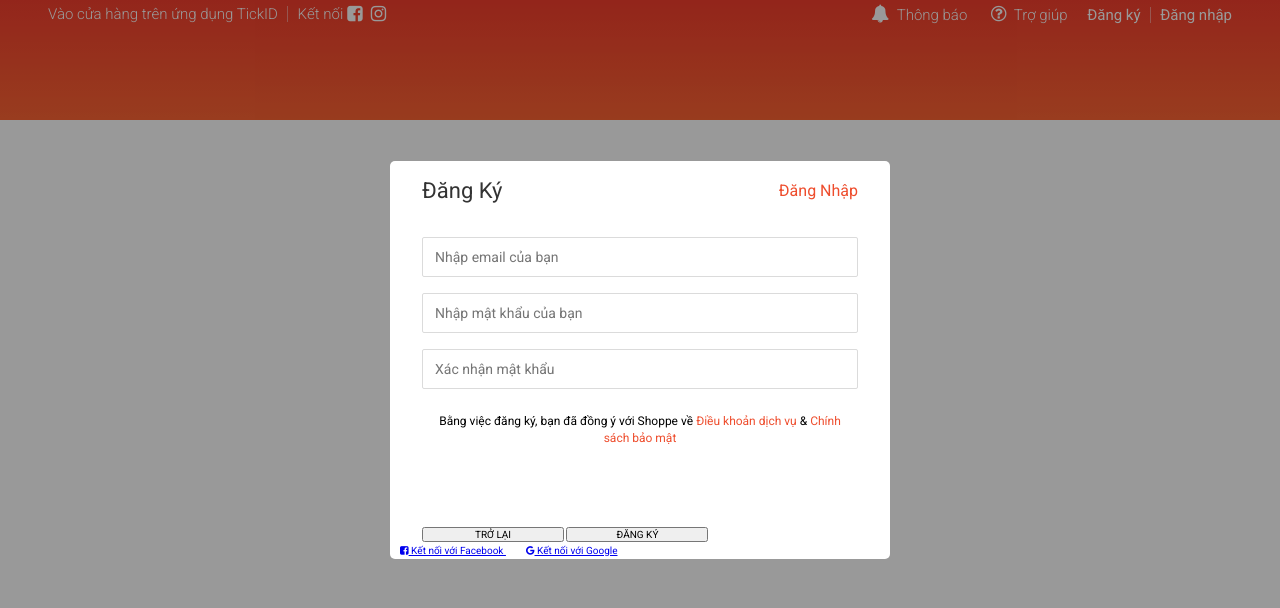
Repository: huydev0401/F8-Shop
Page: index.html
These files come from the project's save history. The page is drawn as it stood at one moment and after the next save; the edit follows.
The browser window is 1280 px wide. The pictures show the whole page.

Above is the page before, as saved 2021-08-12 16:19:23.

### index.html
<!DOCTYPE html>
<html lang="en">
<head>
    <meta charset="UTF-8">
    <meta http-equiv="X-UA-Compatible" content="IE=edge">
    <meta name="viewport" content="width=device-width, initial-scale=1.0">
    <title>Document</title>
    <link rel="stylesheet" href="https://cdnjs.cloudflare.com/ajax/libs/font-awesome/4.7.0/css/font-awesome.css">
    <link rel="preconnect" href="https://fonts.googleapis.com">
    <link rel="preconnect" href="https://fonts.gstatic.com" crossorigin>
    <link href="https://fonts.googleapis.com/css2?family=Roboto:wght@300;400;700&display=swap" rel="stylesheet">
    <link rel="stylesheet" href="https://cdnjs.cloudflare.com/ajax/libs/normalize/8.0.1/normalize.min.css">
    <link rel="stylesheet" href="./assets/css/base.css">
    <link rel="stylesheet" href="./assets/css/main.css">
</head>
<body>
    <header class="header">
        <nav class="navbar grid">
            <ul class="navbar__list">
                <li class="navbar__item navbar__item--has-qr navbar__item--separate">
                    Vào cửa hàng trên ứng dụng TickID
                    <div class="header-qr">
                        <img src="./assets/img/qr_code.png" alt="QR Code" class="header-qr__img">
                        <div class="header-qr__apps">
                            <a href="#" class="header-qr__link">
                                <img class="header-qr__app" src="./assets/img/google_play.png" alt="google play">
                            </a>
                            <a href="#" class="header-qr__link">
                                <img class="header-qr__app" src="./assets/img/app_store.png" alt="app store">
                            </a>
                            <a href="#" class="header-qr__link">
                                <img class="header-qr__app" src="./assets/img/app_gallery.png" alt="app gallery">
                            </a>
                        </div>
                    </div>
                </li>
                <li class="navbar__item">
                    <span class="text-white cursor-text">Kết nối</span>
                    <a class="navbar-icon__link" href="#">
                        <i class="navbar__icon fa fa-facebook-square"></i>
                    </a>
                    <a class="navbar-icon__link" href="#">
                        <i class="navbar__icon fa fa-instagram"></i>
                    </a>
                </li>
            </ul>
            <ul class="navbar__list">
                <li class="navbar__item navbar__item--has-noti">
                    <a href="#" class="navbar__link">
                        <i class="navbar__icon fa fa-bell"></i>
                        Thông báo
                    </a>
                    <div class="header__noti">
                        <div class="noti__heading">
                            <h3>Thông báo mới nhận</h3>
                        </div>
                        <ul class="noti__list">
                            <li class="noti__item">
                                <a href="#" class="noti__link">
                                    <img src="https://images.unsplash.com/photo-1484399172022-72a90b12e3c1?ixid=MnwxMjA3fDB8MHxwaG90by1wYWdlfHx8fGVufDB8fHx8&ixlib=rb-1.2.1&auto=format&fit=crop&w=1050&q=80" alt="" class="noti__image">
                                    <div class="noti__info">
                                        <span class="noti__name">Xác thực chính hãng nguồn gốc các sản phẩm Ohui</span>
                                        <span class="noti__desc">Xác thực chính hãng nguồn gốc các sản phẩm Ohui</span>
                                    </div>
                                </a>
                            </li>
                            <li class="noti__item noti__item--unread">
                                <a href="#" class="noti__link">
                                    <img src="https://images.unsplash.com/photo-1484399172022-72a90b12e3c1?ixid=MnwxMjA3fDB8MHxwaG90by1wYWdlfHx8fGVufDB8fHx8&ixlib=rb-1.2.1&auto=format&fit=crop&w=1050&q=80" alt="" class="noti__image">
                                    <div class="noti__info">
                                        <span class="noti__name">Xác thực chính hãng nguồn gốc các sản phẩm Ohui</span>
                                        <span class="noti__desc">Xác thực chính hãng nguồn gốc các sản phẩm Ohui</span>
                                    </div>
                                </a>
                            </li>
                            <li class="noti__item noti__item--unread">
                                <a href="#" class="noti__link">
                                    <img src="https://images.unsplash.com/photo-1484399172022-72a90b12e3c1?ixid=MnwxMjA3fDB8MHxwaG90by1wYWdlfHx8fGVufDB8fHx8&ixlib=rb-1.2.1&auto=format&fit=crop&w=1050&q=80" alt="" class="noti__image">
                                    <div class="noti__info">
                                        <span class="noti__name">Xác thực chính hãng nguồn gốc các sản phẩm Ohui</span>
                                        <span class="noti__desc">Xác thực chính hãng nguồn gốc các sản phẩm Ohui</span>
                                    </div>
                                </a>
                            </li>
                            <li class="noti__item noti__item--unread">
                                <a href="#" class="noti__link">
                                    <img src="https://images.unsplash.com/photo-1484399172022-72a90b12e3c1?ixid=MnwxMjA3fDB8MHxwaG90by1wYWdlfHx8fGVufDB8fHx8&ixlib=rb-1.2.1&auto=format&fit=crop&w=1050&q=80" alt="" class="noti__image">
                                    <div class="noti__info">
                                        <span class="noti__name">Xác thực chính hãng nguồn gốc các sản phẩm Ohui</span>
                                        <span class="noti__desc">Xác thực chính hãng nguồn gốc các sản phẩm Ohui</span>
                                    </div>
                                </a>
                            </li>
                        </ul>
                        <div class="noti__footer">
                            <a href="#" class="noti__btn">Xem tất cả</a>
                        </div>
                    </div>
                </li>
                <li class="navbar__item">
                    <a href="#" class="navbar__link">
                        <i class="navbar__icon fa fa-question-circle-o"></i>
                        Trợ giúp
                    </a>
                </li>
                <li class="navbar__item navbar__item--bold navbar__item--separate">Đăng ký</li>
                <li class="navbar__item navbar__item--bold">Đăng nhập</li>
            </ul>
        </nav>
    </header>
    <main class="wrapper">

    </main>
    <footer class="footer">

    </footer>

    <!-- Modal -->
    <div class="modal">
        <div class="modal__overlay"></div>
        <div class="modal__content">
            <!-- authe form -->
            <div class="auth-form">
                <div class="auth-form__container">
                    <div class="authe-form__header">
                        <h3 class="authe-form__heading">Đăng Ký</h3>
                        <span class="authe-form__switch-btn">Đăng Nhập</span>
                    </div>
                    <div class="authe-form__form">
                        <div class="authe-form__group">
                            <input type="text" class="authe-form__input" placeholder="Nhập email của bạn">
                        </div>
                        <div class="authe-form__group">
                            <input type="password" class="authe-form__input" placeholder="Nhập mật khẩu của bạn">
                        </div>
                        <div class="authe-form__group">
                            <input type="password" class="authe-form__input" placeholder="Xác nhận mật khẩu">
                        </div>
                    </div>
                    <div class="authe-form__aside">
                        <p class="authe-form__text-text">
                            Bằng việc đăng ký, bạn đã đồng ý với Shoppe về
                            <a href="#" class="authe-form__text-link">Điều khoản dịch vụ</a> &
                            <a href="#" class="authe-form__text-link">Chính sách bảo mật</a>
                        </p>
                    </div>
                    <div class="authe-form__controls">
                        <button class="btn">TRỞ LẠI</button>
                        <button class="btn btn--primary">ĐĂNG KÝ</button>
                    </div>
                </div>
                <div class="authe-form__socials">
                    <a href="#" class="btn btn--with-icon">
                        <i class="fa fa-facebook-square"></i>
                        Kết nối với Facebook
                    </a>
                    <a href="#" class="btn btn--with-icon">
                        <i class="fa  fa-google"></i>
                        Kết nối với Google
                    </a>
                </div>
            </div>
        </div>
    </div>
</body>
</html>

### assets/css/base.css
:root {
    --white_color: #fff;
    --black_color: #000;
    --text_color: #333;
    --primary_color: #ee4d2d;
    --border_color: #dbdbdb;
}

* {
    box-sizing: inherit;
}

html {
    font-size: 62.5%;
    line-height: 1.6rem;
    box-sizing: border-box;
    font-family: 'Roboto', sans-serif;
}

.grid {
    width: 1200px;
    max-width: 100%;
    margin: 0 auto;
}

.grid__full-width {
    width: 100%;
}

.grid__row {
    display: flex;
    flex-wrap: wrap;
}

.text-white {
    color: #fff;
}

.cursor-text {
    cursor: text;
}

/* Modal */
.modal {
    display: flex;
    position: fixed;
    top: 0;
    right: 0;
    bottom: 0;
    left: 0;
}

.modal__overlay {
    position: absolute;
    top: 0;
    left: 0;
    width: 100%;
    height: 100%;
    background-color: rgba(0, 0, 0, .4);
}

.modal__content {
    margin: auto;
    border-radius: 5px;
    background-color: var(--white_color);
    position: relative;
    z-index: 1;
}

/* button style */
.btn {
    min-width: 142px;
    padding: 0 10px;
}

### assets/css/main.css
.header {
    height: 120px;
    background-image: linear-gradient(to bottom, #f53e2d, #fe6433 );
}

.navbar {
    display: flex;
    justify-content: space-between;
}

.navbar__list {
    list-style: none;
    padding-left: 0;
    font-size: 1.5rem;
    font-weight: 300;
    margin-top: 5px;
}

.navbar__item {
    display: inline-block;
    margin: 0 8px;
    color: var(--white_color);
    position: relative;
    transition: all .2s linear;
    min-height: 18px;
}

.navbar__item--has-noti:hover .header__noti {
    display: block;
}

.navbar__item--has-qr:hover .header-qr {
    display: block;
}

.navbar__item--separate::after {
    content: " ";
    border-right: 1px solid #fb9086;
    height: 16px;
    position: absolute;
    top: 50%;
    right: -10px;
    transform: translateY(-50%);
}

.navbar__item--bold {
    font-weight: 400;
}

.navbar__link {
    color: var(--white_color);
    text-decoration: none;
    transition: all .2s linear;
}

.navbar__item:hover,
.navbar__link:hover,
.navbar-icon__link:hover {
    color: rgba(255, 255, 255, .7);
    cursor: pointer;
}

.navbar__item,
.navbar-icon__link {
    display: inline-flex;
    align-items: center;
}

.navbar-icon__link {
    color: var(--white_color);
    text-decoration: none;
}

.navbar__icon {
    font-size: 18px;
    margin: 0 4px;
}

.header-qr {
    background-color: var(--white_color);
    width: 180px;
    position: absolute;
    top: 140%;
    left: 0;
    padding: 8px;
    border-radius: 2px;
    display: none;
    animation: fadeIn linear .3s;
    will-change: opacity;
}

@keyframes fadeIn {
    from {
        opacity: 0;
    }
    to {
        opacity: 1;
    }
}

.header-qr::before {
    content: "";
    position: absolute;
    top: -18px;
    left: 0;
    width: 100%;
    height: 20px;
    display: block;
}

.header-qr__img {
    width: 100%;
}

.header-qr__apps {
    display: flex;
    justify-content: space-between;
    flex-wrap: wrap;
}

.header-qr__link {
    width: calc(50% - 10px);
    margin: 5px 0 5px 10px;
}

.header-qr__app {
    height: 15px;
}

.header__noti {
    position: absolute;
    top: 140%;
    right: 0;
    width: 404px;
    background-color: var(--white_color);
    border: 1px solid #d3d3d3;
    cursor: default;
    transform-origin: calc(100% - 20px) top;
    animation: headerNotiGrowth ease-in .2s;
    will-change: opacity, transform;
    display: none;
}

@keyframes headerNotiGrowth {
    from {
        opacity: 0;
        transform: scale(0);
    }
    to {
        opacity: 1;
        transform: scale(1);
    }
}

.header__noti::before {
    content: "";
    position: absolute;
    top: -23px;
    right: 3px;
    border-width: 16px 30px;
    border-style: solid;
    border-color: transparent transparent var(--white_color) transparent;
}

.header__noti::after {
    content: "";
    position: absolute;
    top: -18px;
    right: 0;
    width: 110px;
    height: 20px;
    display: block;
}

.noti__heading {
    height: 40px;
    background-color: var(--white_color);
}

.noti__heading h3 {
    color: #999;
    margin: 0;
    font-weight: 400;
    font-size: 1.4rem;
    text-transform: capitalize;
    line-height: 40px;
    margin-left: 12px;
    user-select: none;
}

.noti__list {
    padding-left: 0;
}

.noti__item {
    transition: all .2s linear;
}

.noti__item:hover {
    background-color: #f7f7f7;
}

.noti__item--unread {
    background-color: rgba(238, 75, 43, 0.09);
}

.noti__link {
    display: flex;
    padding: 12px;
    text-decoration: none;
}

.noti__image {
    width: 48px;
    object-fit: contain;
}

.noti__info {
    margin-left: 12px;
}

.noti__name {
    display: block;
    font-size: 1.4rem;
    color: var(--black_color);
    font-weight: 400;
    margin-bottom: 5px;
}

.noti__desc {
    display: block;
    font-size: 1.2rem;
    color: #756f6e;
}

.noti__footer {
    text-align: center;
}

.noti__btn {
    text-decoration: none;
    color: var(--text_color);
    padding: 10px 0;
    width: 100%;
    font-size: 1.4rem;
    font-weight: 400;
    display: block;
}

/* Authe form */
.auth-form {
    max-width: 500px;
}

.auth-form__container {
    padding: 0 32px;
}

.authe-form__header {
    display: flex;
    align-items: center;
    justify-content: space-between;
}

.authe-form__heading {
    font-size: 2.2rem;
    font-weight: 400;
    color: var(--text_color);
}

.authe-form__switch-btn {
    font-size: 1.6rem;
    font-weight: 400;
    color: var(--primary_color);
}

.authe-form__input {
    width: 100%;
    height: 40px;
    margin-top: 16px;
    border-radius: 2px;
    border: 1px solid var(--border_color);
    padding: 0 12px;
    font-size: 1.4rem;
    outline: none;
}

.authe-form__input:focus {
    border-color: #888;
}

.authe-form__aside {
    margin-top: 24px;
}

.authe-form__text-text {
    font-size: 1.2rem;
    text-align: center;
    line-height: 1.4;
    padding: 0 12px;
}

.authe-form__text-link {
    color: var(--primary_color);
    text-decoration: none;
}

.authe-form__controls {
    margin-top: 80px;
}

After the next save:
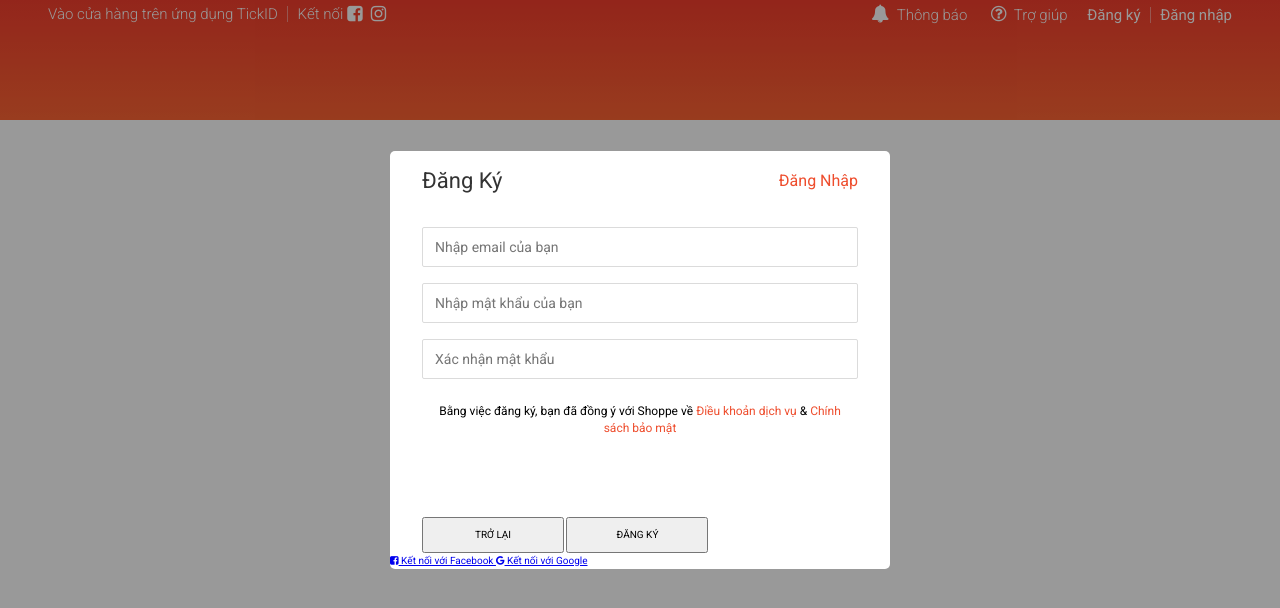
Saved 12 s later.
--- a/assets/css/base.css
+++ b/assets/css/base.css
@@ -70,5 +70,5 @@
 /* button style */
 .btn {
     min-width: 142px;
-    padding: 0 10px;
+    height: 36px;
 }
